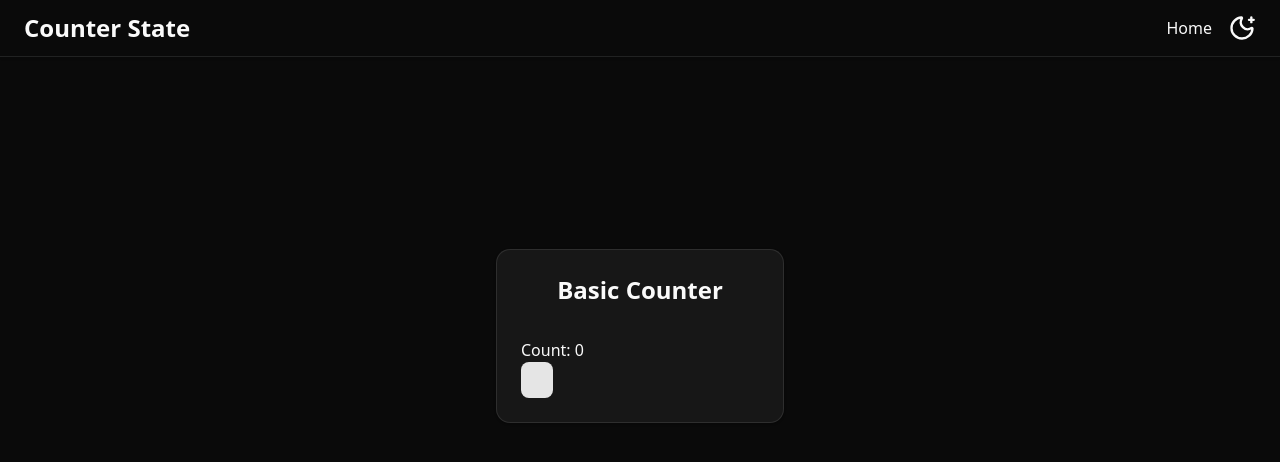
Repository: dev-piyushsarkar/counter-state-project
Page: /
These files come from the project's save history. The page is drawn as it stood at one moment and after the next save; the edit follows.
The browser window is 1280 px wide. The pictures show the whole page.
The project was rebuilt for these pictures with package versions that can differ from the ones it lists, and the page was loaded fresh each time. The framework's server and built-in components were replaced by stand-ins that run in the browser. Also part of the build but not shown: next.config.ts.

Above is the page before, as saved 2025-11-15 13:35:30.

After the next save:
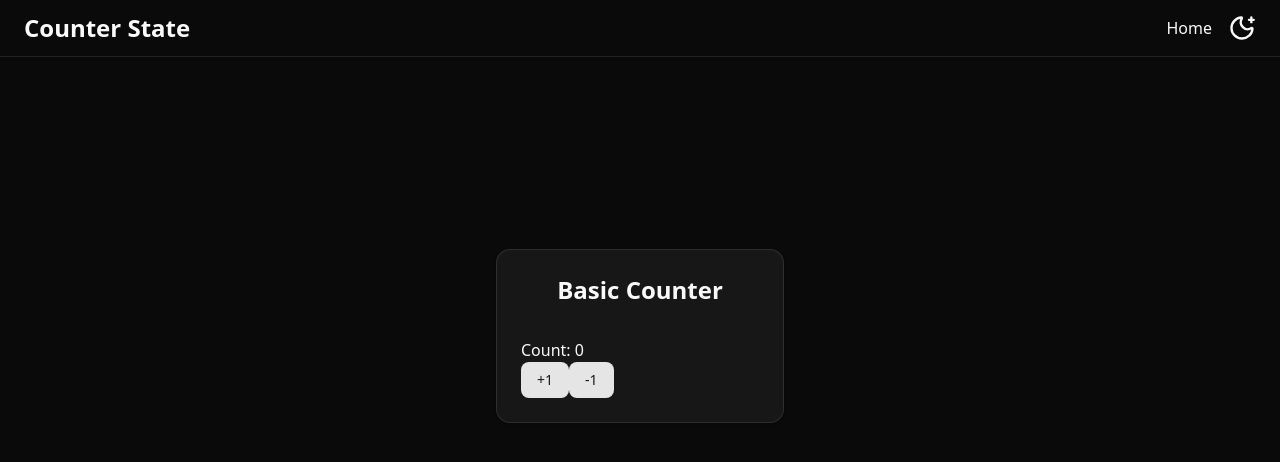
Saved 26 s later.
--- a/src/app/page.tsx
+++ b/src/app/page.tsx
@@ -24,7 +24,8 @@ const page = () => {
 				<CardContent>
 					<div className="">Count: 0</div>
 					<div className="">
-						<Button></Button>
+						<Button>+1</Button>
+						<Button>-1</Button>
 					</div>
 				</CardContent>
 			</Card>
